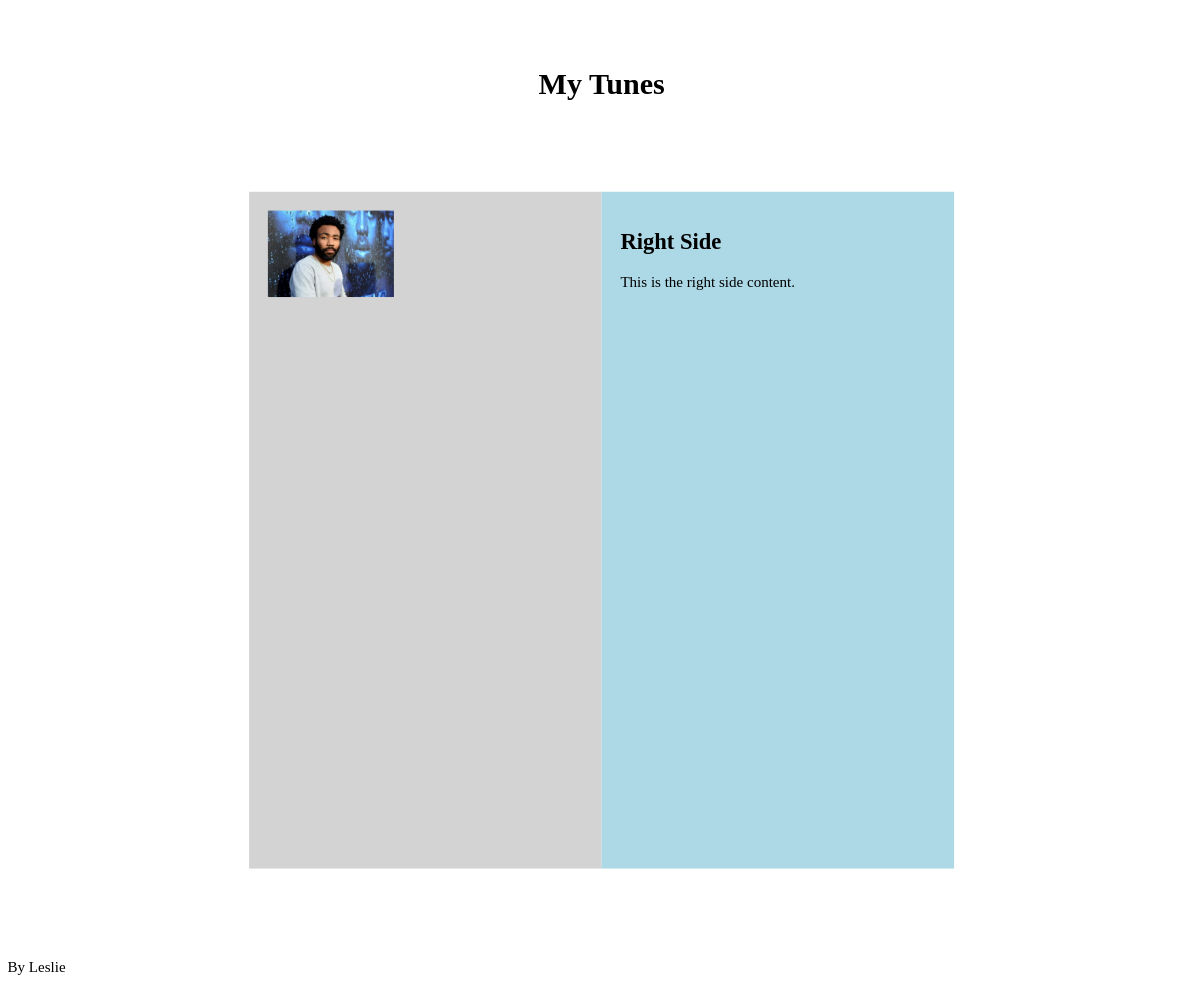
Repository: leslie179/labOne
Page: /
The author's editor kept a copy of each file at every save. The page is drawn from the files as they stood at one save, then again after a run of saves.
The browser window is 1280 px wide. The pictures show the whole page, at 94% of full size.
The project was rebuilt for these pictures with package versions that can differ from the ones it lists, and the page was loaded fresh each time. The framework's server and built-in components were replaced by stand-ins that run in the browser. Also part of the build but not shown: next.config.js, components/Footer/Footer.module.css, components/RightComponent/RightComponent.module.css.

Above is the page before, as saved 2024-09-15 21:44:17.

### pages/index.js
import Head from 'next/head'
import styles from '@/styles/Home.module.css'
import Footer from '@/components/Footer'
import Header from '@/components/Header'
import LeftComponent from '@/components/LeftComponent'
import RightComponent from '@/components/RightComponent'

export default function Home() {
  return (
    <>
      <Head>
        <title>Create Next App</title>
        <meta name="description" content="Generated by create next app" />
        <meta name="viewport" content="width=device-width, initial-scale=1" />
        <link rel="icon" href="/favicon.ico" />
      </Head>
      <Header/>
      <main className={`${styles.main}`}>
      <div className={styles.container}>
      <div className={styles.left}>
                <LeftComponent />
            </div>
            <div className={styles.right}>
                <RightComponent />
            </div>
            </div>
      </main>
      <Footer/>
    </>
  )
}

### styles/globals.css
:root {


}

a {
  color: inherit;
  text-decoration: none;
}

### styles/Home.module.css
.main {
  display: flex;
  flex-direction: column;
  justify-content: space-between;
  align-items: center;
  padding: 6rem;
  min-height: 20vh;
}

.container {
  display: flex;
  width: 70%;
  height: 100vh;

}

.left, .right {
  width: 50%;
  padding: 20px;
  box-sizing: border-box;
}

.left {
  background-color: lightgray;
}

.right {
  background-color: lightblue;
}

### components/Footer/index.js
import styles from "./Footer.module.css"

export default function Footer() {
    return(
        <footer className={styles.Footer}>
            By Leslie
        </footer>
    )
}

### components/Header/index.js
import styles from './Header.module.css';


export default function Header() {
    return (
        <header className={styles.header}>
            <h1>My Tunes</h1>
        </header>
    );
}

### components/LeftComponent/index.js
import styles from './LeftComponent.module.css';

export default function LeftComponent() {
    return (
        <div>
            <img src="childish_icon.jpg" alt="Childish Icon" className={styles.image} />
        </div>
    );
}

### components/RightComponent/index.js
import styles from './RightComponent.module.css';

export default function RightComponent() {
    return (
        <div>
            <h2>Right Side</h2>
            <p>This is the right side content.</p>
        </div>
    );
}

### components/Header/Header.module.css
.header {
    text-align: center;
    padding-top: 5%;
  }

  .header h1 {
    margin: 0;
    padding: 0;
    font-size: 2rem; /* Adjust as needed */
  }

### components/LeftComponent/LeftComponent.module.css
.left {
    width: 50%;
    background-color: lightgray;
    padding: 20px;
    box-sizing: border-box;
    height: 100vh;
    float: left;
}

.image{
    width: 40%
}

Loaded but not shown: pages/_app.js (common file); pages/_document.js (common file)

After the next 8 saves:
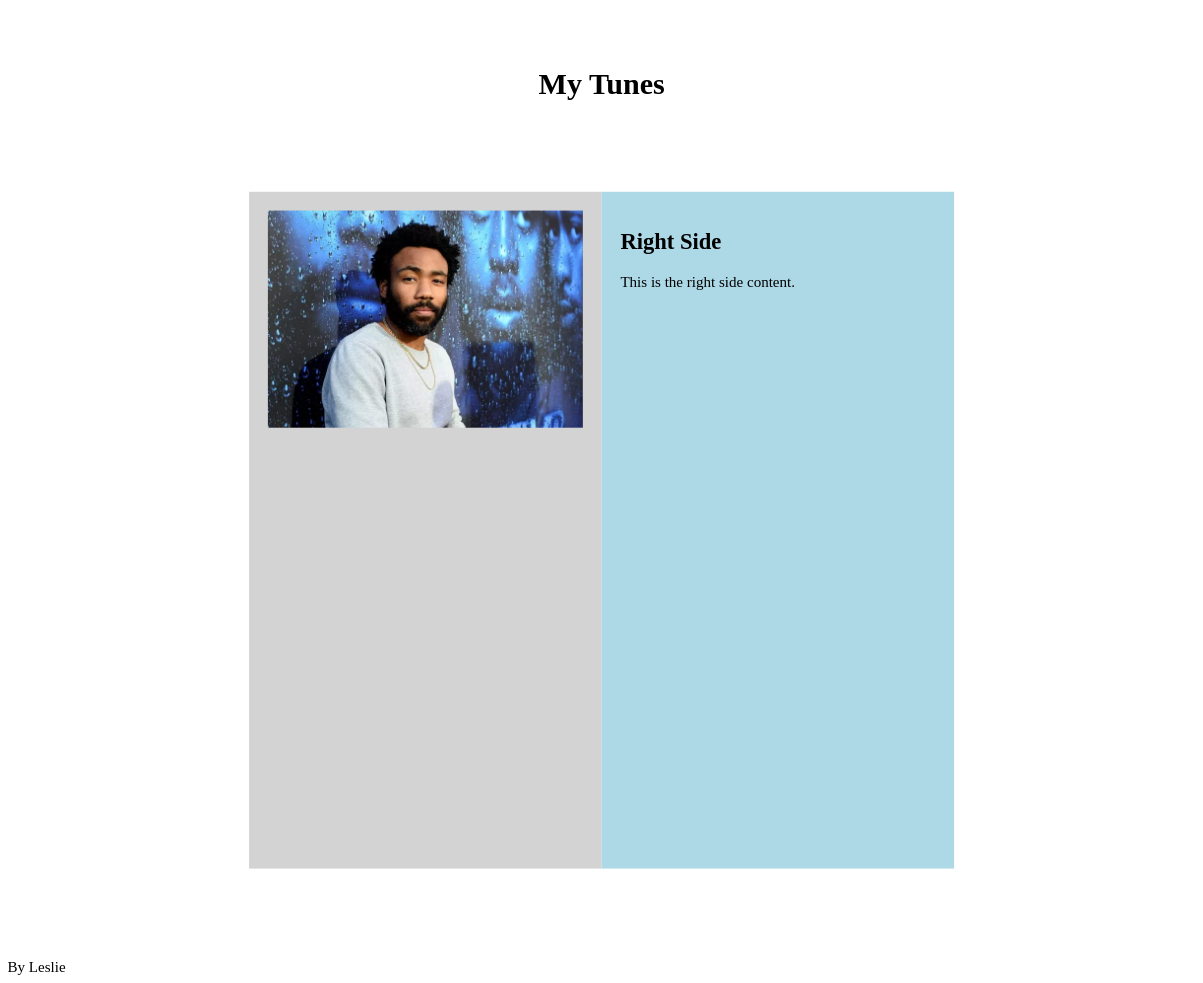
The 8 saves are shown as one change because they came seconds apart.
The last was saved 21 s later.
--- a/components/LeftComponent/LeftComponent.module.css
+++ b/components/LeftComponent/LeftComponent.module.css
@@ -8,5 +8,5 @@
 }
 
 .image{
-    width: 40%
+    width: 100%
 }
